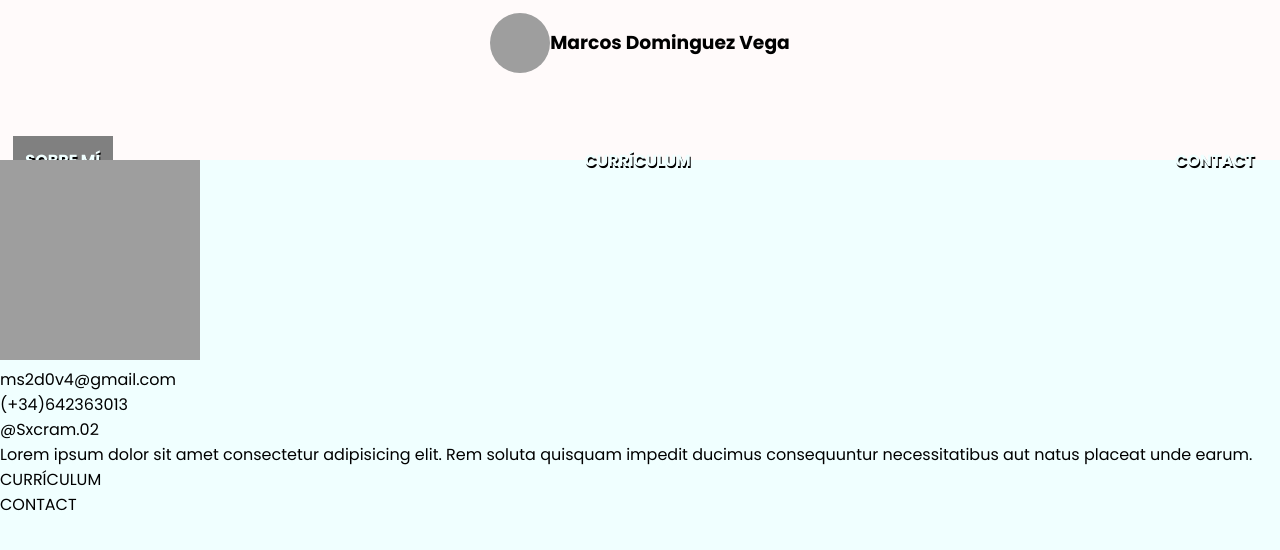
Repository: Sxcram02/Portfoliov.2
Page: index.html
An editor plug-in stored every save of this project. The page is shown before and after the next save, followed by the edit.
The browser window is 1280 px wide. The pictures show the whole page.
The pointer rests on the first visible `.nav-bar li`.
Pictures or frames that could not be fetched are drawn as grey boxes.

Above is the page before, as saved 2023-04-10 23:52:39.

### index.html
<!DOCTYPE html>
<html lang="en">
<head>
    <meta charset="UTF-8">
    <meta http-equiv="X-UA-Compatible" content="IE=edge">
    <meta name="viewport" content="width=device-width, initial-scale=1.0">
    <link rel="stylesheet" href="css/style.css" />
    <link rel="shortcut icon" href="https://picsum.photo/160" type="image/x-icon" />
    <title>miPortFolio</title>
</head>
<body>
    <div class="root">
        <header>
            <div class="box-porfile">
                <img src="https://picsum.photos/200" alt="porfile" />
                <h3 class="name">Marcos Dominguez Vega</h3>
            </div>
            <nav>
                <ul class="nav-bar">
                    <li>SOBRE MÍ</li>
                    <li>CURRÍCULUM</li>
                    <li>CONTACT</li>
                </ul>
            </nav>
        </header>
        <main>
            <section class="sobreMi">
                <article class="box-image">
                    <img src="https://picsum.photos/200" alt="porfile" />
                    <ul class="redes">
                        <li>ms2d0v4@gmail.com</li>
                        <li>(+34)642363013</li>
                        <li>@Sxcram.02</li>
                    </ul>
                </article>
                <article class="info">
                    <p>Lorem ipsum dolor sit amet consectetur adipisicing elit. Rem soluta quisquam impedit ducimus consequuntur necessitatibus aut natus placeat unde earum.</p>
                    <ul class="nav-bar2">
                        <li>CURRÍCULUM</li>
                        <li>CONTACT</li>
                    </ul>
                </article>
            </section>
        </main>
    </div>
</body>
</html>

### css/style.css
@import url('https://fonts.googleapis.com/css2?family=Poppins:ital,wght@0,400;0,500;0,600;0,700;0,800;0,900;1,400&display=swap');

* {
    margin: 0;
    padding: 0;
    box-sizing: border-box;
    font-family: 'Poppins',sans-serif;
    list-style: none;
}

.root {
    width: 100vw;
    height: 100vh;
    background-color: azure;
}

header {
    width: 100%;
    height: 10em;
    padding: 1%;
    background-color: snow;
    display: flex;
    flex-direction: column;
    align-items: center;
}

.box-porfile {
    display: flex;
    align-items: center;
    text-align: center;
}

.box-porfile > img {
    width: 60px;
    height: 60px;
    border-radius: 100%;
}

nav {
    width: 100%;
    margin-top: 5%;
}

.nav-bar {
    display: flex;
    align-items: center;
    justify-content: space-between;
    font-weight: 700;
    color:azure;
    text-shadow: 1px 2px black;
}

.nav-bar li {
    padding: 1%;
}

.nav-bar li:hover {
    background-color: grey;
}

After the next save:
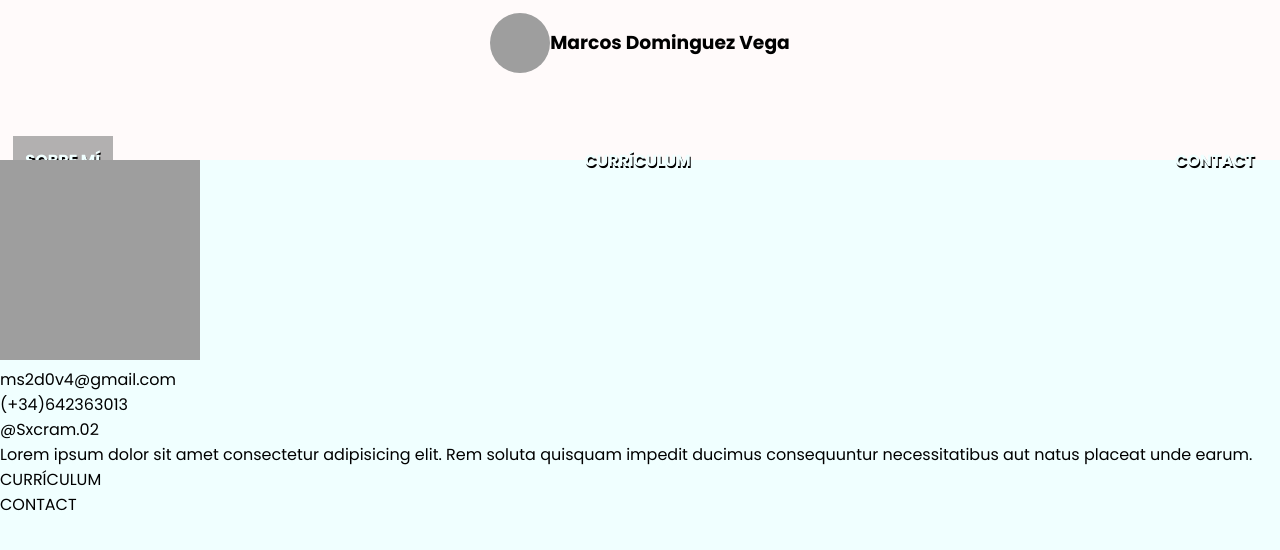
Saved 6 s later.
--- a/css/style.css
+++ b/css/style.css
@@ -55,5 +55,5 @@ nav {
 }
 
 .nav-bar li:hover {
-    background-color: grey;
+    background-color: rgba(128, 128, 128, 0.604);
 }
